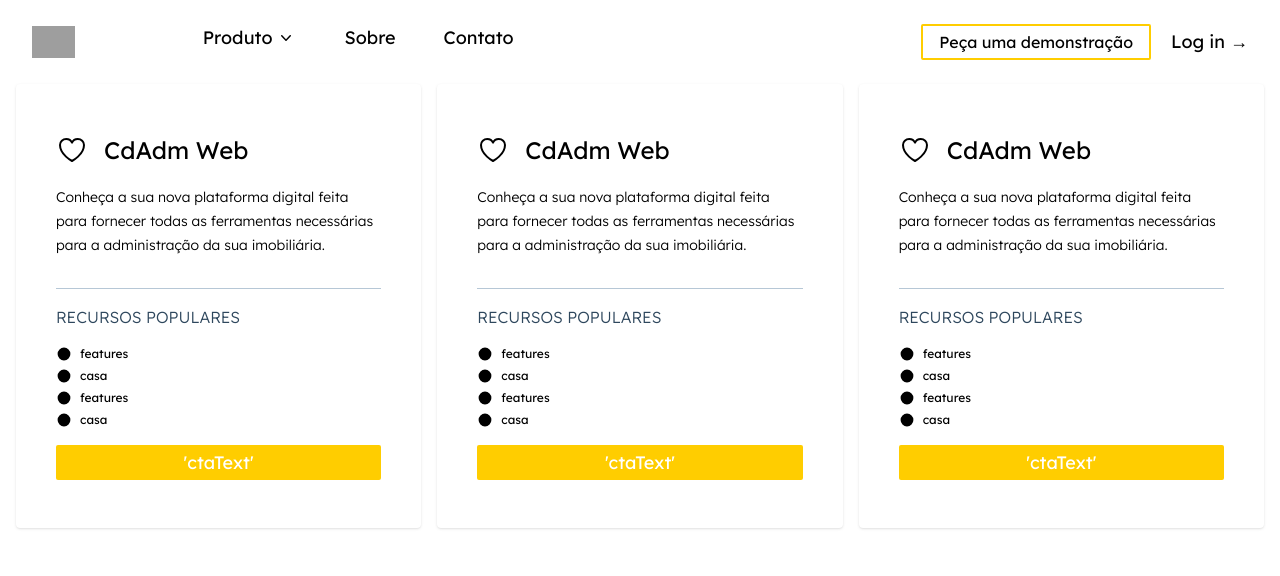
Repository: VereAbsolutum/site-institucional
Page: /
The author's editor kept a copy of each file at every save. The page is drawn from the files as they stood at one save, then again after a run of saves.
The browser window is 1280 px wide. The pictures show the whole page.
Pictures or frames that could not be fetched are drawn as grey boxes. The project was rebuilt for these pictures with package versions that can differ from the ones it lists, and the page was loaded fresh each time. Also part of the build but not shown: vite.config.ts, src/presentation/components/buttons/button-primary.tsx, src/presentation/components/links/link-border-primary.tsx, src/presentation/components/links/link-border-white.tsx, src/presentation/components/typography/display.tsx, src/presentation/components/typography/heading1.tsx, src/presentation/components/typography/heading2.tsx, src/presentation/components/typography/heading3.tsx and 2 more.

Above is the page before, as saved 2023-04-15 00:07:58.

### src/App.tsx
import React from 'react'
import { BrowserRouter, Routes, Route } from "react-router-dom"
import { Home, NotFound } from './presentation/pages'

const App: React.FC = () => {
  return (
    <BrowserRouter >
      <Routes>
        <Route path='/' element={<Home />} />
        <Route path='*' element={<NotFound />} />
      </Routes>
    </BrowserRouter>
  )
}

export default App

### src/index.css
@import url('https://fonts.googleapis.com/css2?family=Lexend+Deca:wght@300;400&family=Manrope:wght@800&family=Playfair+Display:wght@500&display=swap');

@tailwind base;
@tailwind components;
@tailwind utilities;

### src/presentation/pages/index.ts
export { default as Home } from './home/home'
export { default as NotFound } from './not-found/notFound'

### src/presentation/pages/home/home.tsx
import React from 'react';
import { ButtonBorderPrimary, ButtonPrimary, Header, LinkBorderPrimary, LinkBorderWhite, LinkPrimary, TextCaption, TextDisplay, TextHeading1, TextHeading2, TextHeading3, TextMenu, TextParagraph, TextParagraphSmall } from '../../components';
import ProductCard from '../../components/card/product-card';

const home: React.FC = () => {
    return (
        <>
            <Header />
            <main>
                <section className='container'>
                    <div className='grid grid-cols-1 gap-4 sm:grid-cols-2 md:grid-cols-3'>
                        <ProductCard></ProductCard>
                        <ProductCard></ProductCard>
                        <ProductCard></ProductCard>
                    </div>
                </section>
            </main>
        </>


    );
};

export default home;

### src/presentation/components/index.ts
export { default as Header } from './header/header'

export { default as ButtonBase } from './buttons/button-base'
export { default as ButtonBorderPrimary } from './buttons/button-border-primary'
export { default as ButtonPrimary } from './buttons/button-primary'

export { default as LinkBase } from './links/link-base'
export { default as LinkPrimary } from './links/link-primary'
export { default as LinkBorderPrimary } from './links/link-border-primary'
export { default as LinkBorderWhite } from './links/link-border-white'

export { default as TextBase } from './typography/text-base'
export { default as TextDisplay } from './typography/display'
export { default as TextHeading1 } from './typography/heading1'
export { default as TextHeading2 } from './typography/heading2'
export { default as TextHeading3 } from './typography/heading3'
export { default as TextParagraph } from './typography/paragraph'
export { default as TextParagraphSmall } from './typography/paragraph-small'
export { default as TextCaption } from './typography/caption'
export { default as TextMenu } from './typography/menu'

### src/presentation/components/card/product-card.tsx
import { HeartIcon } from '@heroicons/react/24/outline';
import React from 'react';
import { LinkPrimary, TextMenu, TextParagraph, TextParagraphSmall } from '..';

type ProductCardProps = {
    imageUrl: string;
    title: string;
    description: string;
    features: string[];
    ctaText: string;
    ctaHref: string;
};

const ProductCard: React.FC = () => {
    return (
        <div className="bg-white p-6 rounded shadow px-10 py-12">
            <div className="flex flex-col">
                <div className="flex items-center mb-4">
                    <HeartIcon className="w-8 h-auto mr-4 text-blue-500" />
                    <h3 className="font-medium text-[24px]">CdAdm Web</h3>
                </div>
                <div>
                    <p className="mb-8">
                        <TextParagraphSmall>
                            Conheça a sua nova plataforma digital feita para fornecer todas as ferramentas necessárias para a administração da sua imobiliária.
                        </TextParagraphSmall>
                    </p>
                    <div className='border-t-black border-t border-solid'>
                        <h4 className='font-thin my-4'>
                            <TextParagraph>
                                RECURSOS POPULARES
                            </TextParagraph>
                        </h4>
                        <ul className="list-none mb-4">
                            {["features", "casa", "features", "casa"].map((feature, index) => (
                                <li key={index} className="flex items-center mb-1">
                                    <svg className="w-4 h-4 mr-2 text-green-500" viewBox="0 0 20 20" fill="currentColor">
                                        <path d="M10 18a8 8 0 100-16 8 8 0 000 16zm1-13a1 1 0 10-2 0v4a1 1 0 00.293.707l2.828 2.829a1 1 0 101.415-1.415L11 9.586V5z"></path>
                                    </svg>
                                    <TextMenu>
                                        {feature}
                                    </TextMenu>
                                </li>
                            ))}
                        </ul>
                        <div>
                            <LinkPrimary className="text-white flex justify-center" href="#">
                                'ctaText'
                            </LinkPrimary>
                        </div>
                    </div>
                </div>
            </div>
        </div>
    );
};

export default ProductCard;

### src/presentation/components/header/header.tsx
import React, { useState } from 'react'
import {
    Bars3Icon,
    ChartPieIcon,
    CursorArrowRaysIcon,
    FingerPrintIcon,
} from '@heroicons/react/24/outline'
import { PhoneIcon, PlayCircleIcon } from '@heroicons/react/20/solid'
import { MainMenu, MobileMenu } from './components'
import { ButtonBorderPrimary } from '..'

const products = [
    { name: 'CdAdm Web', description: 'Get a better understanding of your traffic', href: '#', icon: ChartPieIcon },
    { name: 'CdAdm Grafico', description: 'Speak directly to your customers', href: '#', icon: CursorArrowRaysIcon },
    { name: 'CdFin', description: 'Your customers’ data will be safe and secure', href: '#', icon: FingerPrintIcon }
]
const callsToAction = [
    { name: 'Assista a Demo', href: '#', icon: PlayCircleIcon },
    { name: 'Contato', href: '#', icon: PhoneIcon },
]

function classNames(...classes: string[]) {
    return classes.filter(Boolean).join(' ');
}

const header: React.FC = () => {
    const [mobileMenuOpen, setMobileMenuOpen] = useState(false)

    return (
        <header className="bg-white">
            <nav className="mx-auto flex max-w-7xl items-center justify-between p-6 lg:px-8" aria-label="Global">

                <div className="flex lg:flex-1">
                    <a href="#" className="-m-1.5 p-1.5">
                        <span className="sr-only">SCordon</span>
                        <img className="h-8 w-auto" src="https://tailwindui.com/img/logos/mark.svg?color=indigo&shade=600" alt="" />
                    </a>

                    {/* main menu */}
                    <div className='ml-32'>
                        <MainMenu products={products} />
                    </div>
                </div>

                <div className="flex lg:hidden">
                    {/* Button */}
                    <button
                        type="button"
                        className="-m-2.5 inline-flex items-center justify-center rounded-md p-2.5 text-gray-700"
                        onClick={() => setMobileMenuOpen(true)}
                    >
                        <span className="sr-only">Open main menu</span>
                        <Bars3Icon className="h-6 w-6" aria-hidden="true" />
                    </button>
                </div>



                <div className="hidden lg:flex lg:flex-1 lg:justify-end align-items: center">
                    <div className='mr-5'>
                        <ButtonBorderPrimary label='Peça uma demonstração' />
                    </div>
                    <div className="flex items-center">
                        <a href="#" className="text-lg font-medium leading-6 font-semibold">
                            Log in <span aria-hidden="true">&rarr;</span>
                        </a>
                    </div>
                    {/* Button */}
                </div>
            </nav>

            <MobileMenu
                mobileMenuOpen={mobileMenuOpen}
                setMobileMenuOpen={setMobileMenuOpen}
                products={products}
                callsToAction={callsToAction}
            />
        </header>
    )
}

export default header

### src/presentation/components/buttons/button-base.tsx
import React from 'react'

export type ButtonProps = React.ButtonHTMLAttributes<HTMLButtonElement> & {
    label: string;
    className?: string;
};

const buttonBase: React.FC<ButtonProps> = ({ label, className, ...rest }) => {
    const baseClasses =
        'font-semibold rounded-sm hover:bg-blue-700 focus:outline-none focus:ring-2 focus:ring-blue-400 focus:ring-opacity-75';

    return (
        <button className={`${baseClasses} ${className}`} {...rest}>
            {label}
        </button>
    );
};

export default buttonBase;

### src/presentation/components/buttons/button-border-primary.tsx
// BorderedButton.tsx
import React from 'react';
import { ButtonBase } from '..';
import { ButtonProps } from './button-base';

const buttonBorderPrimary: React.FC<ButtonProps> = ({ className, ...rest }) => {
    const baseClasses = 'px-4 py-1 border-2 border-yellow bg-transparent border border-blue-500 text-blue-500 hover:bg-blue-500';

    return <ButtonBase className={`${baseClasses} ${className}`} {...rest} />;
};

export default buttonBorderPrimary;

### src/presentation/components/links/link-base.tsx
import React from 'react';

export type LinkBaseProps = React.AnchorHTMLAttributes<HTMLAnchorElement> & {
    className?: string;
};

const linkBase: React.FC<LinkBaseProps> = ({ children, className, ...rest }) => {
    const baseClasses =
        'font-semibold cursor-pointer rounded-sm hover:bg-blue-700 focus:outline-none focus:ring-2 focus:ring-blue-400 focus:ring-opacity-75';

    return (
        <a className={`${baseClasses} ${className}`} {...rest}>
            {children}
        </a>
    );
};

export default linkBase;

### src/presentation/components/links/link-primary.tsx
// FilledButton.tsx
import React from 'react';
import { LinkBase } from '..';
import { LinkBaseProps } from './link-base';

const linkPrimary: React.FC<LinkBaseProps> = ({ className, ...rest }) => {
    const baseClasses = 'px-4 py-1 bg-blue-500 bg-yellow hover:bg-blue-700 text-lg font-medium';

    return <LinkBase className={`${baseClasses} ${className}`} {...rest} />;
};

export default linkPrimary;

### src/presentation/components/typography/text-base.tsx
import React from 'react';

export type TextBaseProps = React.HTMLAttributes<HTMLSpanElement> & {
    className?: string;
};

const textBase: React.FC<TextBaseProps> = ({ children, className, ...rest }) => {
    const baseClasses = '';

    return (
        <span className={`${baseClasses} ${className}`} {...rest}>
            {children}
        </span>
    );
};

export default textBase;

### src/presentation/components/typography/paragraph.tsx
import React from 'react';
import { TextBase } from '..';
import { TextBaseProps } from './text-base';

const textParagraph: React.FC<TextBaseProps> = ({ children, className, ...rest }) => {
    const baseClasses = 'text-base font-300';

    return (
        <TextBase style={{ color: '#2e475d' }} className={`${baseClasses} ${className}`} {...rest}>
            {children}
        </TextBase>
    );
};

export default textParagraph;

### src/presentation/components/typography/paragraph-small.tsx
import React from 'react';
import { TextBase } from '..';
import { TextBaseProps } from './text-base';

const textParagraphSmall: React.FC<TextBaseProps> = ({ children, className, ...rest }) => {
    const baseClasses = 'text-sm font-300';

    return (
        <TextBase className={baseClasses} {...rest}>
            {children}
        </TextBase>
    );
};

export default textParagraphSmall;

### src/presentation/components/typography/menu.tsx
import React from 'react';
import { TextBase } from '..';
import { TextBaseProps } from './text-base';

const textMenu: React.FC<TextBaseProps> = ({ children, className, ...rest }) => {
    const baseClasses = 'text-xs font-500';

    return (
        <TextBase className={baseClasses} {...rest}>
            {children}
        </TextBase>
    );
};

export default textMenu;

### src/presentation/components/header/components/index.ts
export { default as MobileMenu } from './mobile-menu'
export { default as MainMenu } from './main-menu'

### src/presentation/components/header/components/mobile-menu.tsx
import React from 'react'
import { Dialog, Disclosure } from '@headlessui/react'
import { ChevronDownIcon, XMarkIcon } from '@heroicons/react/24/outline'
import { ButtonFilled } from '../..';

function classNames(...classes: string[]) {
    return classes.filter(Boolean).join(' ');
}

export type MobileMenuProps = {
    mobileMenuOpen: boolean
    setMobileMenuOpen: (open: boolean) => void
    products: Array<{
        name: string
        description: string
        href: string
        icon: any
    }>
    callsToAction: Array<{
        name: string
        href: string
        icon: any
    }>
}

const mobileMenu: React.FC<MobileMenuProps> = ({ mobileMenuOpen, setMobileMenuOpen, products, callsToAction }) => {
    return (
        <Dialog as="div" className="lg:hidden" open={mobileMenuOpen} onClose={setMobileMenuOpen}>
            <div className="fixed inset-0 z-10" />

            {/* Mobile Menu */}
            <Dialog.Panel className="fixed inset-y-0 right-0 z-10 w-full overflow-y-auto bg-white px-6 py-6 sm:max-w-sm sm:ring-1 sm:ring-gray-900/10">
                <div className="flex items-center justify-between">
                    <a href="#" className="-m-1.5 p-1.5">
                        <span className="sr-only">Your Company</span>
                        <img
                            className="h-8 w-auto"
                            src="https://tailwindui.com/img/logos/mark.svg?color=indigo&shade=600"
                            alt=""
                        />
                    </a>


                    <button
                        type="button"
                        className="-m-2.5 rounded-md p-2.5 text-gray-700"
                        onClick={() => setMobileMenuOpen(false)}
                    >
                        <span className="sr-only">Close menu</span>
                        <XMarkIcon className="h-6 w-6" aria-hidden="true" />
                    </button>

                </div>

                <div className="mt-6 flow-root">
                    <div className="-my-6 divide-y divide-gray-500/10">
                        <div className="space-y-2 py-6">
                            <Disclosure as="div" className="-mx-3">
                                {({ open }) => (
                                    <>
                                        <Disclosure.Button className="flex w-full font-medium text-lg  items-center justify-between rounded-lg py-2 pl-3 pr-3.5 leading-7 hover:bg-gray-50">
                                            Product
                                            <ChevronDownIcon
                                                className={classNames(open ? 'rotate-180' : '', 'h-5 w-5 flex-none')}
                                                aria-hidden="true"
                                            />
                                        </Disclosure.Button>
                                        <Disclosure.Panel className="mt-2 space-y-2">
                                            {[...products, ...callsToAction].map((item) => (
                                                <Disclosure.Button
                                                    key={item.name}
                                                    as="a"
                                                    href={item.href}
                                                    className="block rounded-lg py-2 pl-6 pr-3 text-sm font-semibold leading-7 text-gray-900 hover:bg-gray-50"
                                                >
                                                    {item.name}
                                                </Disclosure.Button>
                                            ))}
                                        </Disclosure.Panel>
                                    </>
                                )}
                            </Disclosure>
                            <a
                                href="#"
                                className="-mx-3 block rounded-lg px-3 py-2 font-medium text-lg leading-7 text-gray-900 hover:bg-gray-50"
                            >
                                Features
                            </a>
                            <a
                                href="#"
                                className="-mx-3 block rounded-lg px-3 py-2 font-medium text-lg leading-7 hover:bg-gray-50"
                            >
                                Marketplace
                            </a>
                            <a
                                href="#"
                                className="-mx-3 block rounded-lg px-3 py-2 font-medium text-lg leading-7 hover:bg-gray-50"
                            >
                                Company
                            </a>
                        </div>

                        <div className="py-6">
                            <a
                                href="#"
                                className="-mx-3 block rounded-lg px-3 py-2.5 font-medium text-lg leading-7 hover:bg-gray-50"
                            >
                                Log in
                            </a>
                        </div>
                    </div>
                </div>
            </Dialog.Panel>
        </Dialog>
    )
}

export default mobileMenu

### src/presentation/components/header/components/main-menu.tsx
import React, { Fragment } from 'react'
import { Popover, Transition } from '@headlessui/react'
import { ChevronDownIcon } from '@heroicons/react/20/solid'
import { PlayCircleIcon, PhoneIcon } from '@heroicons/react/20/solid'
import { Product } from './header-types'

const callsToAction = [
    { name: 'Watch demo', href: '#', icon: PlayCircleIcon },
    { name: 'Contact sales', href: '#', icon: PhoneIcon },
]

export type MainMenuProps = { products: Product[] }

const MainMenu: React.FC<MainMenuProps> = ({ products }) => {
    return (
        <Popover.Group className="hidden lg:flex lg:gap-x-12">
            <Popover className="relative">
                <Popover.Button className="flex items-center gap-x-1 text-lg  font-semibold  leading-6">
                    Produto
                    <ChevronDownIcon className="h-5 w-5 flex-none text-gray-400" aria-hidden="true" />
                </Popover.Button>

                <Transition
                    as={Fragment}
                    enter="transition ease-out duration-200"
                    enterFrom="opacity-0 translate-y-1"
                    enterTo="opacity-100 translate-y-0"
                    leave="transition ease-in duration-150"
                    leaveFrom="opacity-100 translate-y-0"
                    leaveTo="opacity-0 translate-y-1"
                >
                    <Popover.Panel className="absolute -left-8 top-full z-10 mt-3 w-screen max-w-md overflow-hidden rounded-3xl bg-white shadow-lg ring-1 ring-gray-900/5">
                        <div className="p-4">
                            {products.map((item) => (
                                <div
                                    key={item.name}
                                    className="group relative flex items-center gap-x-6 rounded-lg p-4 text-sm leading-6 hover:bg-gray-50"
                                >
                                    <div className="flex h-11 w-11 flex-none items-center justify-center rounded-lg bg-gray-50 group-hover:bg-white">
                                        <item.icon className="h-6 w-6 text-gray-600 group-hover:text-indigo-600" aria-hidden="true" />
                                    </div>
                                    <div className="flex-auto">
                                        <a href={item.href} className="block font-semibold text-gray-900">
                                            {item.name}
                                            <span className="absolute inset-0" />
                                        </a>
                                        <p className="mt-1 text-gray-600">{item.description}</p>
                                    </div>
                                </div>
                            ))}
                        </div>
                        <div className="grid grid-cols-2 divide-x divide-gray-900/5 bg-gray">  </div>
                        <div className="grid grid-cols-2 divide-x divide-gray-900/5 bg-gray-50">
                            {callsToAction.map((item) => (
                                <a
                                    key={item.name}
                                    href={item.href}
                                    className="flex items-center justify-center gap-x-2.5 p-3 text-sm font-semibold leading-6 text-gray-900 hover:bg-gray-100"
                                >
                                    <item.icon className="h-5 w-5 flex-none text-gray-400" aria-hidden="true" />
                                    {item.name}
                                </a>
                            ))}
                        </div>
                    </Popover.Panel>
                </Transition>
            </Popover>

            <a href="#" className="text-lg  font-semibold  leading-6 text-gray-900">
                Sobre
            </a>
            <a href="#" className="text-lg  font-semibold  leading-6 text-gray-900">
                Contato
            </a>
        </Popover.Group>
    )
}

export default MainMenu

### tailwind.config.js
/** @type {import('tailwindcss').Config} */
export default {
  content: [
    "./index.html",
    "./src/**/*.{js,ts,jsx,tsx}",
  ],
  theme: {
    fontFamily: {
      display: ['Playfair Display', 'serif'],
      sans: ['Lexend Deca', 'sans-serif']
    },
    fontWeight: {
      '300': 300,
      '400': 400,
      '500': 500,
      '800': 800,
    },
    container: {
      center: true,
      padding: '1rem',
      screens: {
        sm: '640px',
        md: '768px',
        lg: '1024px',
        xl: '1280px',
        '2xl': '1536px',
      },
    },
    colors: {
      yellow: '#FFCD00',
      black: '#1A1A1A',
      blue: '#2E475D',
      white: '#FFFFFF',
    },
    fontSize: {
      xs: '12px',
      sm: '14px',
      base: '16px',
      lg: '18px',
      xl: '22px',
      xxl: '32px',
      '2xl': '38px',
      '3xl': '59px'
    },
    extend: {
      borderColor: {
        'black': '#b6c7d6',
      },
    },
  },
  plugins: [],
}

Loaded but not shown: index.html (common file); src/main.tsx (common file)

After the next 2 saves:
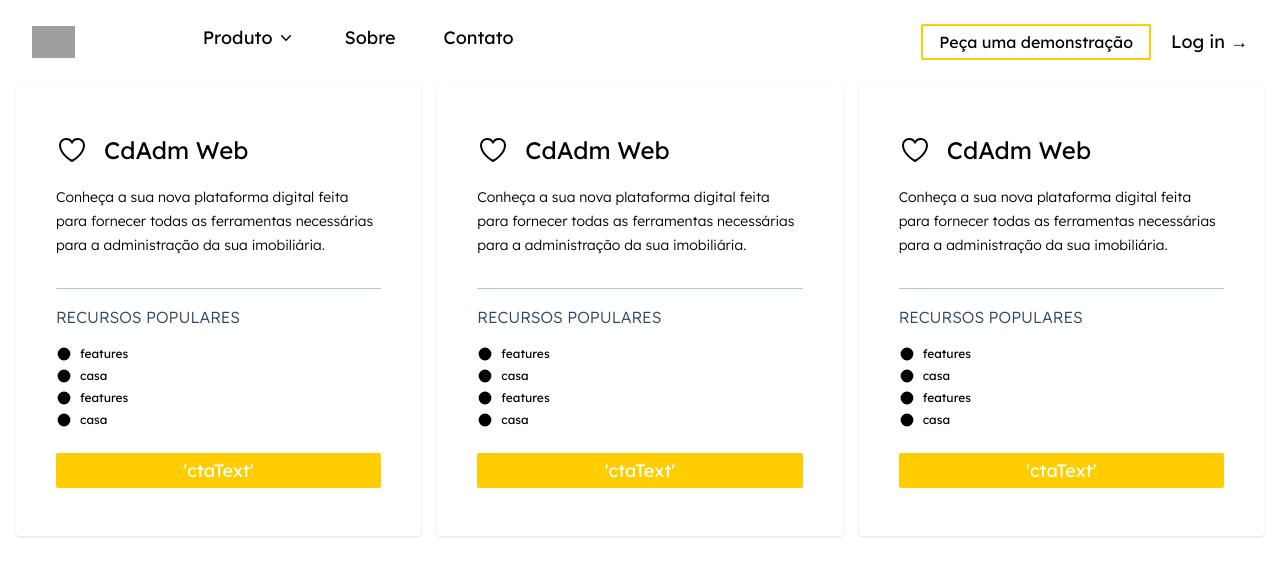
The 2 saves are shown as one change because they came seconds apart.
The last was saved 42 s later.
--- a/src/presentation/components/card/product-card.tsx
+++ b/src/presentation/components/card/product-card.tsx
@@ -31,7 +31,7 @@ const ProductCard: React.FC = () => {
                                 RECURSOS POPULARES
                             </TextParagraph>
                         </h4>
-                        <ul className="list-none mb-4">
+                        <ul className="list-none">
                             {["features", "casa", "features", "casa"].map((feature, index) => (
                                 <li key={index} className="flex items-center mb-1">
                                     <svg className="w-4 h-4 mr-2 text-green-500" viewBox="0 0 20 20" fill="currentColor">
@@ -43,7 +43,7 @@ const ProductCard: React.FC = () => {
                                 </li>
                             ))}
                         </ul>
-                        <div>
+                        <div className='mt-6'>
                             <LinkPrimary className="text-white flex justify-center" href="#">
                                 'ctaText'
                             </LinkPrimary>
